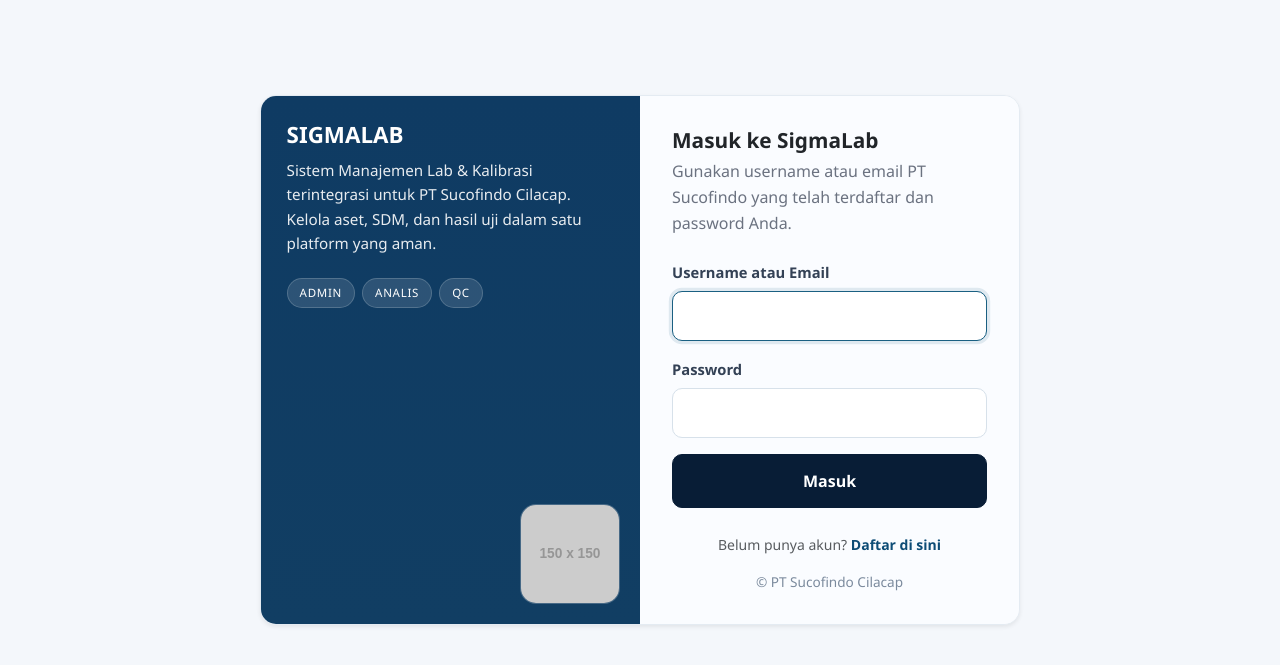
Repository: amelianeesa/sigmalab
Page: http://localhost/login
An editor plug-in stored every save of this project. The page is shown before and after the next save, followed by the edit.
The browser window is 1280 px wide. The pictures show the whole page.
The page is served by the project's Laravel application, run on PHP 8.4 with Laravel 12.

Above is the page before, as saved 2026-08-06 08:45:06.

After the next save:
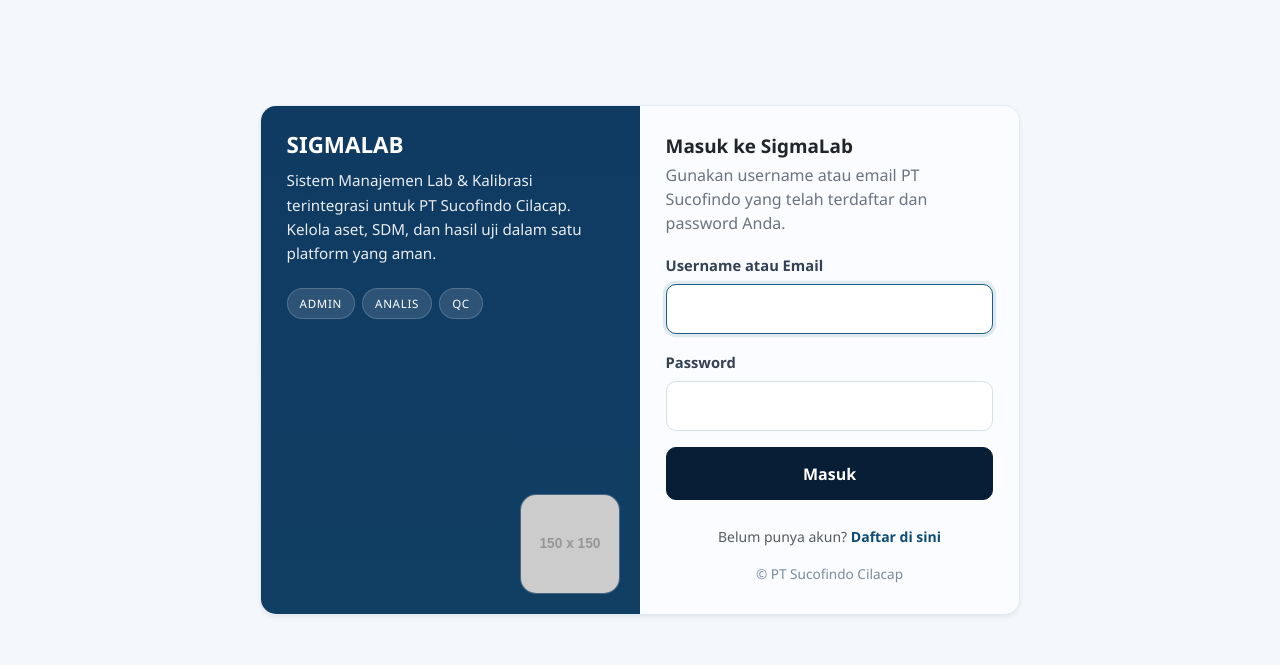
Saved 7 s later.
--- a/resources/views/auth/login.blade.php
+++ b/resources/views/auth/login.blade.php
@@ -91,7 +91,7 @@
         }
 
         .auth-form-panel {
-            padding: 2rem 2rem;
+            padding: 1.8rem 1.6rem;
             display: flex;
             flex-direction: column;
             justify-content: center;
@@ -99,15 +99,15 @@
         }
 
         .auth-form-panel h4 {
-            font-size: 1.3rem;
-            margin-bottom: 0.4rem;
+            font-size: 1.18rem;
+            margin-bottom: 0.35rem;
             font-weight: 700;
         }
 
         .auth-form-panel p {
             color: #6b7280;
-            margin-bottom: 1.5rem;
-            line-height: 1.6;
+            margin-bottom: 1.1rem;
+            line-height: 1.5;
         }
 
         .form-label {
